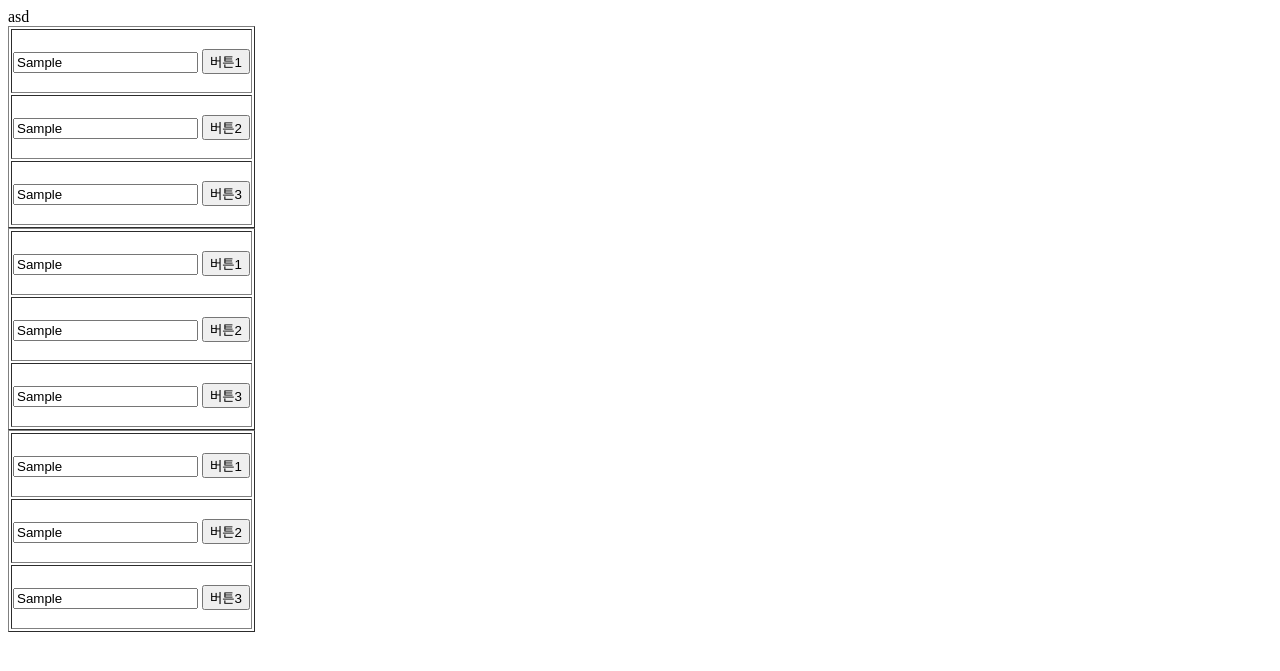
Repository: jojojojoya/programming
Page: dbworkspace/17_JQuery_/src/main/webapp/j6_Object_select.html
The author's editor kept a copy of each file at every save. The page is drawn from the files as they stood at one save, then again after the next save.
The browser window is 1280 px wide. The pictures show the whole page.
Empty fields were first filled with sample values (such as "Sample", 5 or name@example.com).
After loading, the first visible `td` was clicked once.

Above is the page before, as saved 2025-01-07 01:32:42.

### dbworkspace/17_JQuery_/src/main/webapp/j6_Object_select.html
<!DOCTYPE html>
<html>
<head>
<meta charset="UTF-8">
<title>Insert title here</title>
<script src="https://code.jquery.com/jquery-3.7.1.js"
integrity="sha256-eKhayi8LEQwp4NKxN+CfCh+3qOVUtJn3QNZ0TciWLP4=" crossorigin="anonymous"></script>
<script type="text/javascript">
 $(function() {
	 $('button').click(function() {
		 //this : 이벤트가 발생한 그 객체
		 $(this).css("background-color",'black');
		 // 버튼을 누르면 눌러진 그 버튼이 소속된 td의 배경색을 검정으로
		 $(this).parent().css('background-color','black')

		 //눌러진 버튼이 소속된 테이블의 크기를 400px로 변경
//		 $(this).parent().parent().parent().parent().css("width","400px")
//		 $(this).parent(3).css("width","400px")
		 $(this).closest('table').css("width","400px");
		 //버튼 옆에 인풋

		 let tdColor = $(this).parent().find('input').val();
		 alert(tdColor);
		 $(this).closest('td').css('border','5px solid' + tdColor);

	 })

	 // td를 클릭하면 ...


	 // 1. 해당 td의 배경색을 핑크로
	 //2 . 해당 td안에 있는 버튼의 배경색을 퍼플ㄹ로
	 //3 . 해당 td안에 있는 버튼의 width를 150px로

	 $(function(){
		 $('td').click(function(){
			 $(this).closest('button').css('background-color', 'purple'); //1
			 $(this).closest('button').css('width', '150px'); //1


		 })




	 });


 });

</script>
</script>

</head>
<body>
asd


<table border="1">
	<tr>
		<td height="60px">
			<input> <button> 버튼1 </button>
		</td>
	</tr>
	<tr>
		<td height="60px">
			<input> <button> 버튼2 </button>
		</td>
	</tr>
	<tr>
		<td height="60px">
			<input> <button> 버튼3 </button>
		</td>
	</tr>

</table>

<table border="1">
	<tr>
		<td height="60px">
			<input> <button> 버튼1 </button>
		</td>
	</tr>
	<tr>
		<td height="60px">
			<input> <button> 버튼2 </button>
		</td>
	</tr>
	<tr>
		<td height="60px">
			<input> <button> 버튼3 </button>
		</td>
	</tr>

</table>


<table border="1">
	<tr>
		<td height="60px">
			<input> <button> 버튼1 </button>
		</td>
	</tr>
	<tr>
		<td height="60px">
			<input> <button> 버튼2 </button>
		</td>
	</tr>
	<tr>
		<td height="60px">
			<input> <button> 버튼3 </button>
		</td>
	</tr>

</table>


</body>
</html>

After the next save:
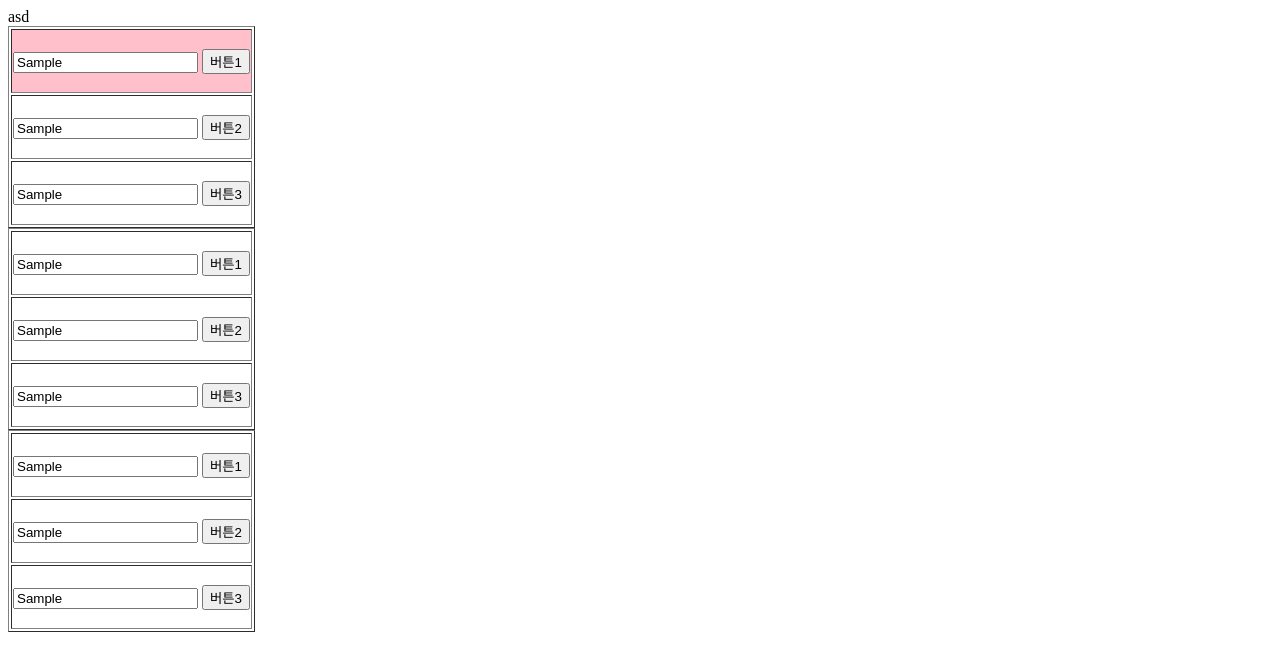
Saved 38 s later.
--- a/dbworkspace/17_JQuery_/src/main/webapp/j6_Object_select.html
+++ b/dbworkspace/17_JQuery_/src/main/webapp/j6_Object_select.html
@@ -34,6 +34,7 @@ integrity="sha256-eKhayi8LEQwp4NKxN+CfCh+3qOVUtJn3QNZ0TciWLP4=" crossorigin="ano
 
 	 $(function(){
 		 $('td').click(function(){
+		 $(this).css("background-color",'pink');
 			 $(this).closest('button').css('background-color', 'purple'); //1
 			 $(this).closest('button').css('width', '150px'); //1
 
